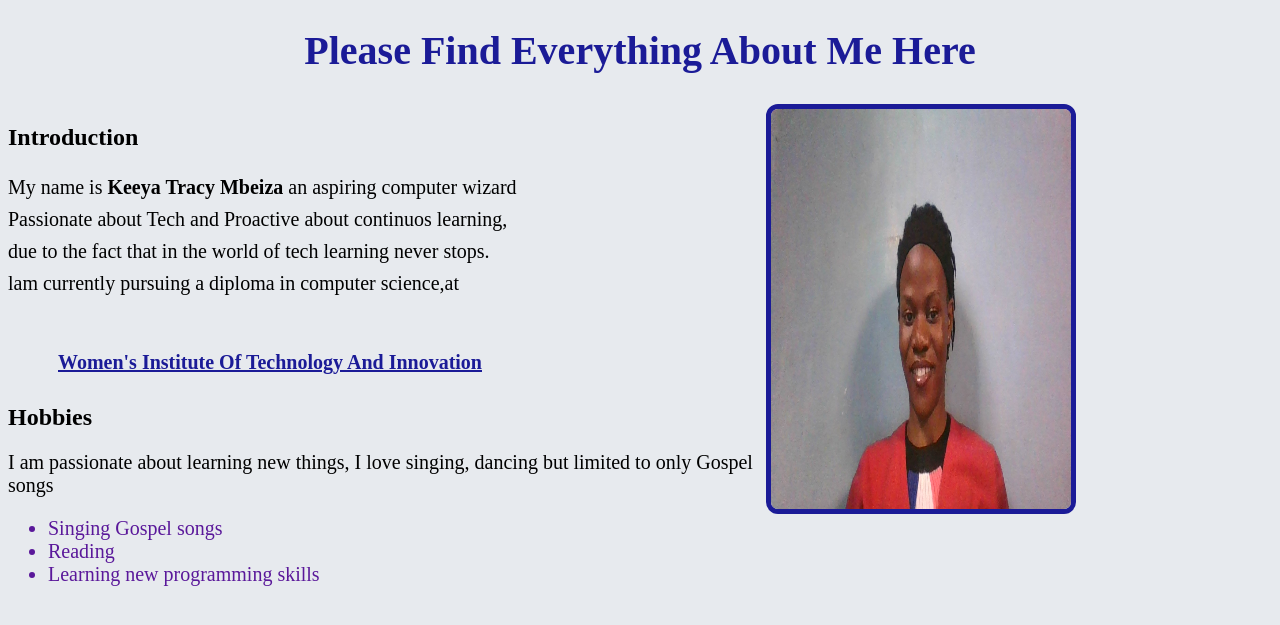
Repository: tracykeeya/my_first_web
Page: index.html
An editor plug-in stored every save of this project. The page is shown before and after the next save, followed by the edit.
The browser window is 1280 px wide. The pictures show the whole page.

Above is the page before, as saved 2025-11-03 12:27:57.

After the next save:
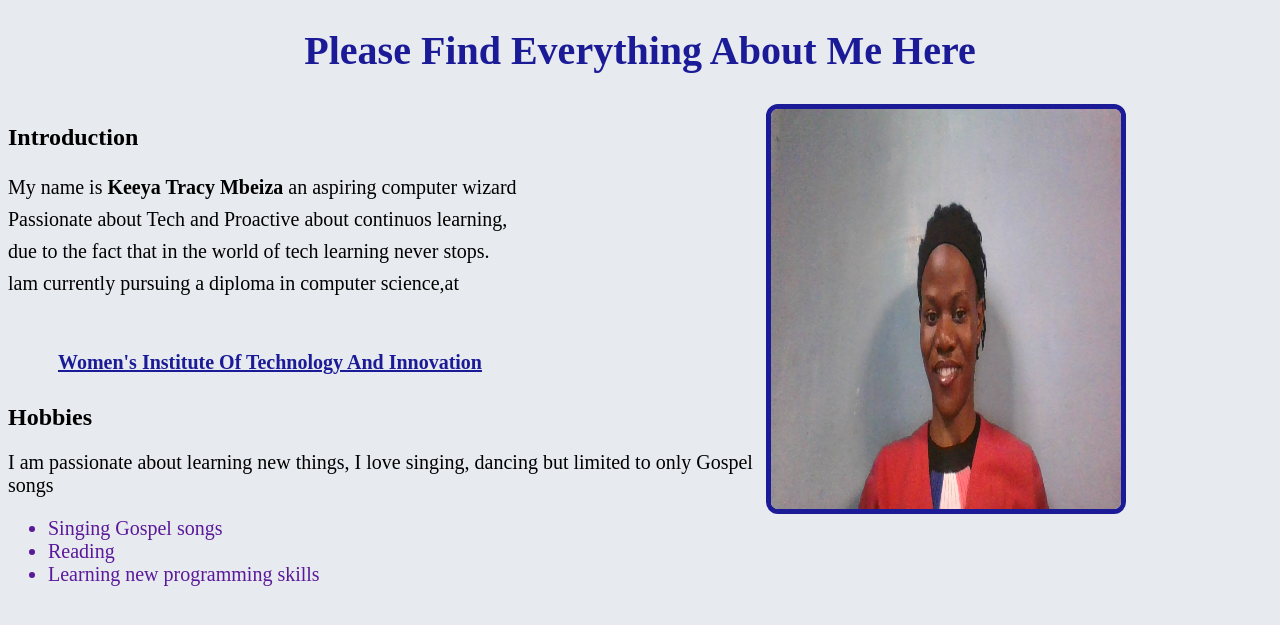
Saved 12 s later.
--- a/index.html
+++ b/index.html
@@ -32,7 +32,7 @@
 
 <!-- aligning image to the right -->
     <div style="width: 40%;">
-    <img src="/Tracy.jpg " alt="" width="300px" height="400px" style="border: 5px solid rgb(27, 27, 151); border-radius: 12px;">
+    <img src="/Tracy.jpg " alt="" width="350px" height="400px" style="border: 5px solid rgb(27, 27, 151); border-radius: 12px;">
     </div>
    </div>
 </body>
